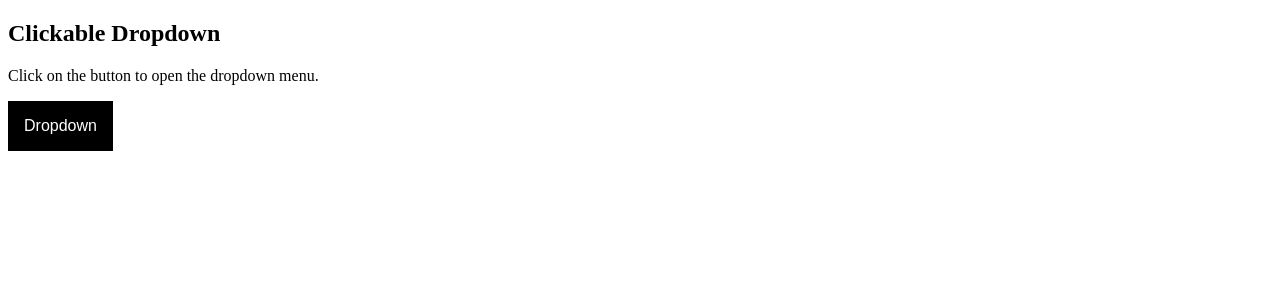
Repository: sabadia/task
Page: dropDown.html
These files come from the project's save history. The page is drawn as it stood at one moment and after the next save; the edit follows.
The browser window is 1280 px wide. The pictures show the whole page.

Above is the page before, as saved 2020-04-26 15:19:05.

After the next save:
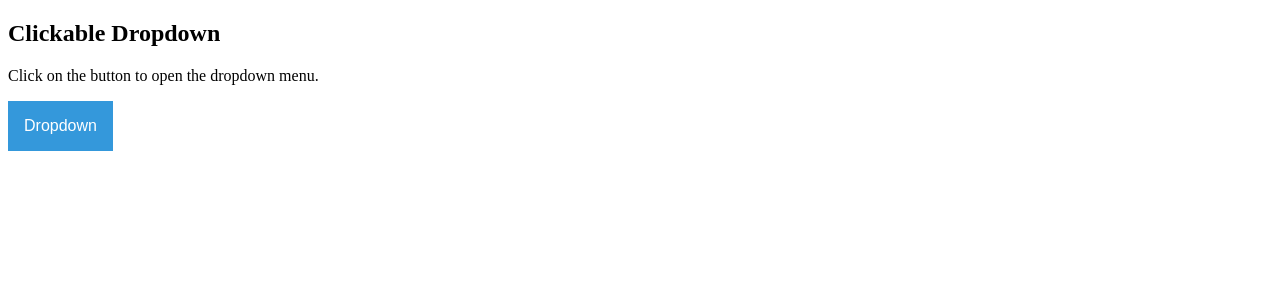
Saved 6 s later.
--- a/dropDown.html
+++ b/dropDown.html
@@ -3,7 +3,7 @@
 <head>
 <style>
 .dropbtn {
-  background-color: #000000;
+  background-color: #3498DB;
   color: white;
   padding: 16px;
   font-size: 16px;
